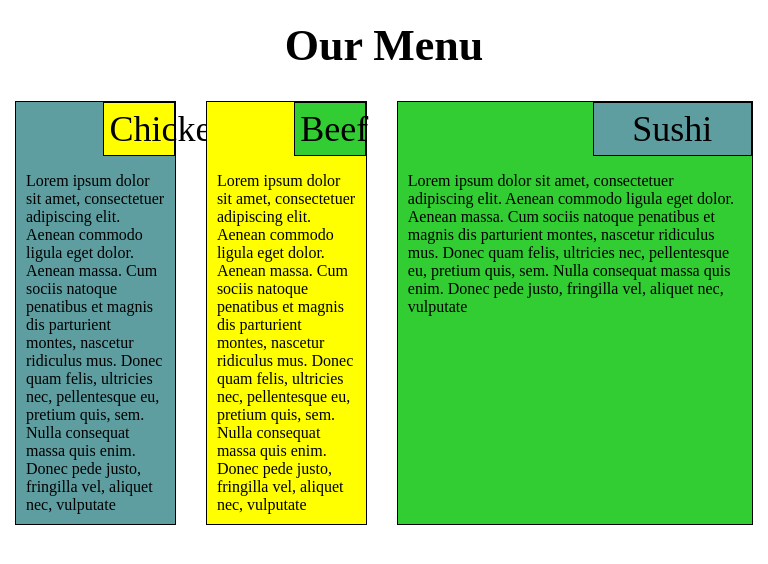
Repository: Normandy72/module2-solution
Page: index.html
These files come from the project's save history. The page is drawn as it stood at one moment and after the next save; the edit follows.
The browser window is 768 px wide. The pictures show the whole page.
Some web fonts or font styles are not loaded; a fallback is used.

Above is the page before, as saved 2022-12-05 15:23:02.

### index.html
<!DOCTYPE html>
<html lang="en">
<head>
    <meta charset="UTF-8">
    <meta http-equiv="X-UA-Compatible" content="IE=edge">
    <meta name="viewport" content="width=device-width, initial-scale=1.0">
    <title>Our menu</title>
    <link href="https://fonts.googleapis.com/css2?family=Comic+Neue:ital,wght@0,300;0,400;0,700;1,300;1,400;1,700&family=Roboto:ital,wght@0,100;0,300;0,400;0,500;0,700;0,900;1,100;1,300;1,400;1,500;1,700;1,900&display=swap" rel="stylesheet">
    <link rel="stylesheet" href="styles/style.css">
</head>
<body>
    <h1>Our Menu</h1>
    <div class="wrapper">
        <div class="card">
            <div class="card__name">Chicken</div>
            <p class="card__text">Lorem ipsum dolor sit amet, consectetuer adipiscing elit. Aenean commodo ligula eget dolor. Aenean massa. Cum sociis natoque penatibus et magnis dis parturient montes, nascetur ridiculus mus. Donec quam felis, ultricies nec, pellentesque eu, pretium quis, sem. Nulla consequat massa quis enim. Donec pede justo, fringilla vel, aliquet nec, vulputate</p>
        </div>
        <div class="card">
            <div class="card__name">Beef</div>
            <p class="card__text">Lorem ipsum dolor sit amet, consectetuer adipiscing elit. Aenean commodo ligula eget dolor. Aenean massa. Cum sociis natoque penatibus et magnis dis parturient montes, nascetur ridiculus mus. Donec quam felis, ultricies nec, pellentesque eu, pretium quis, sem. Nulla consequat massa quis enim. Donec pede justo, fringilla vel, aliquet nec, vulputate</p>
        </div>
        <div class="card">
            <div class="card__name">Sushi</div>
            <p class="card__text">Lorem ipsum dolor sit amet, consectetuer adipiscing elit. Aenean commodo ligula eget dolor. Aenean massa. Cum sociis natoque penatibus et magnis dis parturient montes, nascetur ridiculus mus. Donec quam felis, ultricies nec, pellentesque eu, pretium quis, sem. Nulla consequat massa quis enim. Donec pede justo, fringilla vel, aliquet nec, vulputate</p>
        </div>
    </div>
</body>
</html>

### styles/style.css
*{
    font-family: 'Comic Neue', cursive;
    font-size: 10px;

    margin: 0;
    padding: 0;
    box-sizing: border-box;
}

h1{
    font-size: 4.4rem;
    text-align: center;

    padding-top: 20px;
    padding-bottom: 30px;
}

.wrapper{
    display: flex;
    justify-content: space-evenly;
}

.card{
    width: 30%;
    margin: 0 15px 30px;
    position: relative;
    border: 1px solid black;
}

.card__name{
    border: 1px solid black;
    font-size: 3.6rem;
    padding: 5px;
    text-align: center;
    width: 45%;
    position: absolute;
    top: 0;
    right: 0;
}

.card__text{
    font-size: 1.6rem;
    padding: 70px 10px 10px;
}

.card:nth-child(1){
    background-color: cadetblue;
}

.card:nth-child(2){
    background-color: yellow;
}

.card:nth-child(3){
    background-color: limegreen;
}

.card:nth-child(1) .card__name{
    background-color: yellow;
}

.card:nth-child(2) .card__name{
    background-color: limegreen;
}

.card:nth-child(3) .card__name{
    background-color: cadetblue;
}

@media screen and (min-width: 768px) and (max-width: 991px) {
    .card:nth-child(1), .card:nth-child(2){
        width: 45%;
    }

    .card:nth-child(3){
        width: 100%;
    }
}

After the next save:
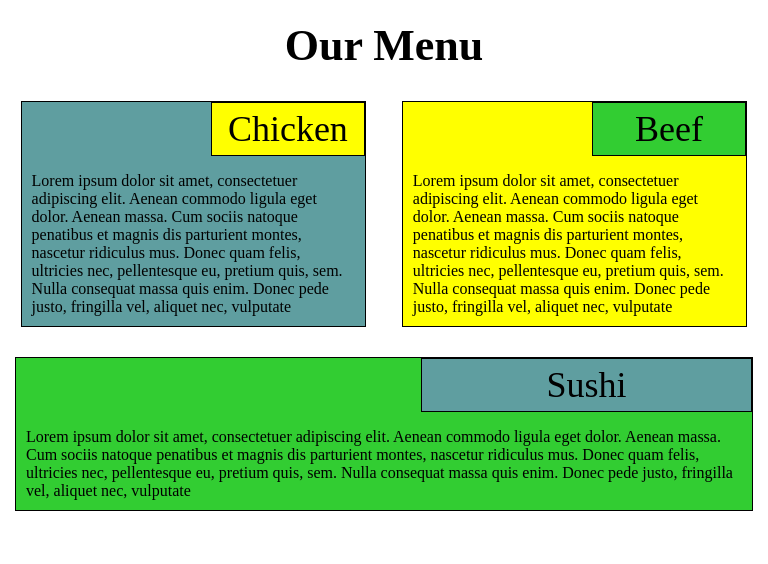
Saved 37 s later.
--- a/styles/style.css
+++ b/styles/style.css
@@ -68,6 +68,10 @@ h1{
 }
 
 @media screen and (min-width: 768px) and (max-width: 991px) {
+    .wrapper{
+        flex-wrap: wrap;
+    }
+
     .card:nth-child(1), .card:nth-child(2){
         width: 45%;
     }
